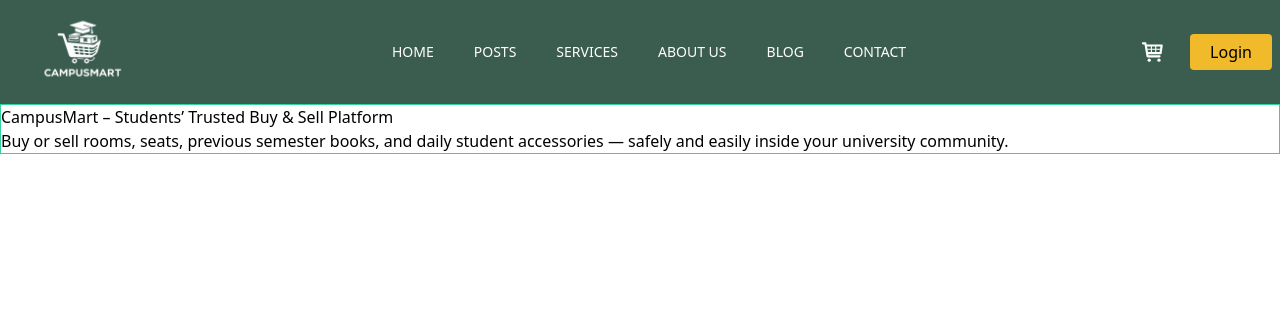
Repository: jahidhasanri/CAMPUSMART
Page: /
An editor plug-in stored every save of this project. The page is shown before and after the next save, followed by the edit.
The browser window is 1280 px wide. The pictures show the whole page.
The project was rebuilt for these pictures with package versions that can differ from the ones it lists, and the page was loaded fresh each time. Also part of the build but not shown: vite.config.js.

Above is the page before, as saved 2026-01-12 22:16:36.

### index.html
<!doctype html>
<html lang="en">
  <head>
    <meta charset="UTF-8" />
    <link rel="icon" type="image/svg+xml" href="/vite.svg" />
    <meta name="viewport" content="width=device-width, initial-scale=1.0" />
    <title>campusmart</title>
  </head>
  <body>
    <div id="root"></div>
    <script type="module" src="/src/main.jsx"></script>
  </body>
</html>

### src/main.jsx
import { StrictMode } from 'react'
import { createRoot } from 'react-dom/client'
import './index.css'
import { RouterProvider } from 'react-router-dom'
import Router from './router/Router.jsx'


createRoot(document.getElementById('root')).render(
  <StrictMode>
    <RouterProvider router={Router} />
  </StrictMode>,
)

### src/router/Router.jsx
import { createBrowserRouter } from "react-router-dom";
import Home from "../Pages/Home.jsx";
import Main from "../components/Main.jsx";


const Router = createBrowserRouter([
  {
    path: "/",
    element: <Main></Main>,
    children:[
        {
            index:true,
            element:<Home></Home>
        }
    ]
  },
]);

export default Router;

### src/Pages/Home.jsx
import React from 'react';
import Banner from '../components/Banner';

const Home = () => {
    return (
        <div>
            <Banner></Banner>
        </div>
    );
};

export default Home;

### src/components/Main.jsx
import React from 'react';
import { Outlet } from 'react-router-dom';
import Navbar from './Navbar';

const Main = () => {
    return (
        <div className=''>
            <Navbar></Navbar>
            <div className="min-h-[calc(100vh-422px)]">

            <Outlet></Outlet>
            </div>
            {/* <Footer></Footer> */}
        </div>
    );
};

export default Main;

### src/components/Banner.jsx
import React from 'react';

const Banner = () => {
    return (
        <div className='border border-emerald-400'>
            <div className='max-w-[1300px]  mx-auto'>
                <div>
                    <h1>CampusMart – Students’ Trusted Buy & Sell Platform</h1>
                    <h6>Buy or sell rooms, seats, previous semester books, and daily student accessories — safely and easily inside your university community.</h6>
                </div>
                <div></div>
            </div>
        </div>
    );
};

export default Banner;

### src/components/Navbar.jsx

import { useState } from "react";
import { Link } from "react-router-dom";
import { TiShoppingCart } from "react-icons/ti";
import { HiMenuAlt3, HiX } from "react-icons/hi";

const Navbar = () => {
  const [menuOpen, setMenuOpen] = useState(false);

  const navLinks = [
    { name: "HOME", path: "/" },
    { name: "POSTS", path: "/products" },
    { name: "SERVICES", path: "/services" },
    { name: "ABOUT US", path: "/about" },
    { name: "BLOG", path: "/blog" },
    { name: "CONTACT", path: "/contact" },
  ];

  return (
    <header className="bg-[#3b5d50] text-white">
      <div className="max-w-[1300px]  mx-auto px-2 py-5">
        <div className="flex items-center justify-between h-16">

          {/* Logo */}
         <Link href={'/'}>
          <img src="/images/campu_logo-removebg-preview.png" className="w-[150px] h-26" alt="Green Nest Logo" />
         </Link>

          {/* Desktop Menu (lg only) */}
          <ul className="hidden lg:flex gap-10 font-normal text-sm">
            {navLinks.map((link) => {
              return (
                <li key={link.path}>
                  <Link
                    href={link.path}
                    className={`pb-1 transition-all duration-300`}
                  >
                    {link.name}
                  </Link>
                </li>
              );
            })}
          </ul>

          {/* Cart + Login (md and up) */}
          <Link href={'/login'} className="hidden md:flex items-center gap-6">
            <TiShoppingCart
              size={26}
              className="cursor-pointer hover:text-[#5a8139]"
            />
            <button className="bg-[#f9be29f5] text-black hover:bg-[#5b8139d7] px-5 py-1.5 cursor-pointer rounded">
              Login
            </button>
          </Link>

          {/* Hamburger (md & sm only) */}
          <div className="lg:hidden">
            <button onClick={() => setMenuOpen(!menuOpen)}>
              {menuOpen ? <HiX size={28} /> : <HiMenuAlt3 size={28} />}
            </button>
          </div>
        </div>

        {/* Mobile + Tablet Menu */}
        {menuOpen && (
          <div className="lg:hidden mt-4">
            <ul className="flex flex-col gap-4 font-medium">
              {navLinks.map((link) => {
                return (
                  <li key={link.path}>
                    <Link
                      href={link.path}
                      onClick={() => setMenuOpen(false)}
                      className={`block pb-1`}
                    >
                      {link.name}
                    </Link>
                  </li>
                );
              })}
            </ul>

                <Link href={'/login'} className=" md:hidden items-center gap-6">
            <TiShoppingCart
              size={26}
              className="cursor-pointer mb-5 mt-5 hover:text-[#5a8139]"
            />
            <button className="bg-[#5a8139] mb-5 hover:bg-[#5b8139d7] px-4 py-1.5 cursor-pointer rounded">
              Login
            </button>
          </Link>

          </div>
        )}
      </div>
    </header>
  );
};

export default Navbar;

Loaded but not shown: src/index.css (common file); tailwind.config.js (common file)

After the next save:
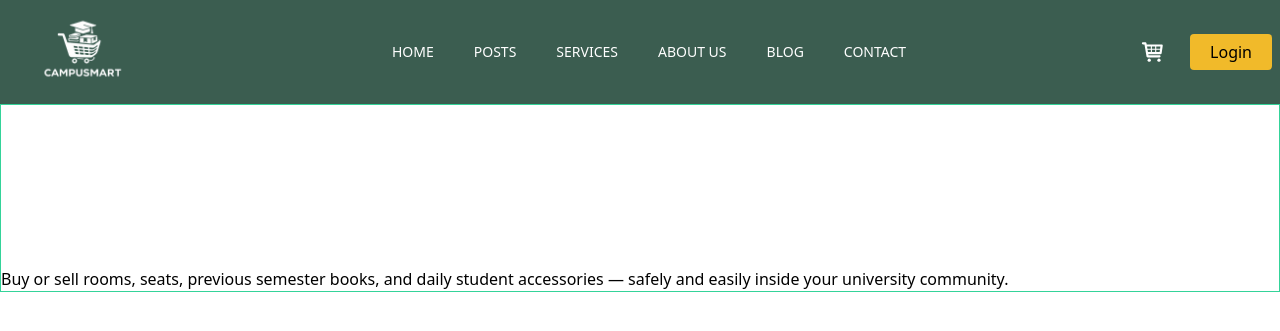
Saved 69 s later.
--- a/src/components/Banner.jsx
+++ b/src/components/Banner.jsx
@@ -5,7 +5,7 @@ const Banner = () => {
         <div className='border border-emerald-400'>
             <div className='max-w-[1300px]  mx-auto'>
                 <div>
-                    <h1>CampusMart – Students’ Trusted Buy & Sell Platform</h1>
+                    <h1 className='text-[54px] font-bold text-white'>CampusMart – Students’ Trusted Buy & Sell Platform</h1>
                     <h6>Buy or sell rooms, seats, previous semester books, and daily student accessories — safely and easily inside your university community.</h6>
                 </div>
                 <div></div>
